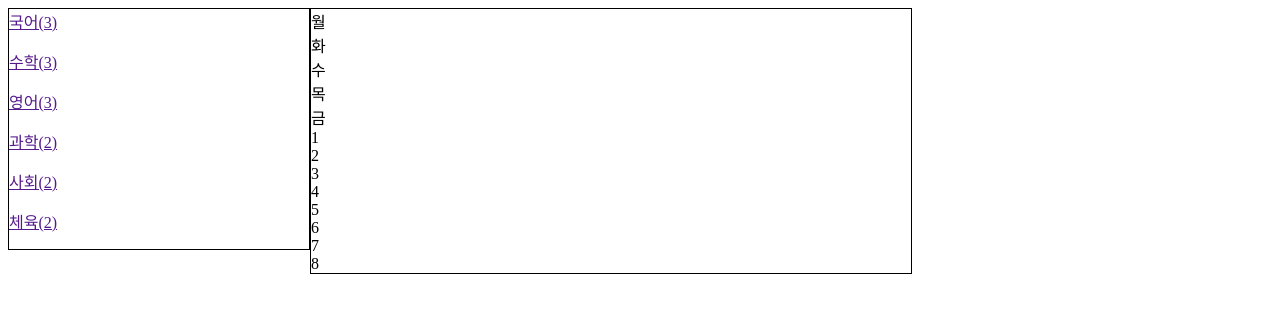
Repository: sh91c/jsp
Page: http://localhost/200701_SCORES/dragndrop/dragndrap_time.jsp
These files come from the project's save history. The page is drawn as it stood at one moment and after the next save; the edit follows.
The browser window is 1280 px wide. The pictures show the whole page.
Some web libraries are served in a nearby version. The page is served by Tomcat 9. Other server files are loaded and not shown.

Above is the page before, as saved 2020-07-10 06:25:45.

### 200701_SCORES/WebContent/dragndrop/dragndrap_time.jsp
<%@ page language="java" contentType="text/html; charset=UTF-8"
    pageEncoding="UTF-8"%>
<!DOCTYPE html>
<html>
<head>
<meta charset="UTF-8">
<title>Insert title here</title>
<style>
	#wrap{ clear: both; }
	.subrow{ float: left; width: 300px; heigth: 500px; border: 1px solid black; }
	.timerow{ float: left; width: 600px; heigth: 500px; border: 1px solid black; }
	.sub{ display: block; width: 200px; height: 40px; }
</style>
<script src="https://code.jquery.com/jquery-1.12.4.js"></script>
<script src="https://code.jquery.com/ui/1.12.1/jquery-ui.js"></script>
</head>
<body>
	<div id="wrap">
		<div id="subjects" class="subrow">
			<a href="" class="sub">국어(3)</a>
			<a href="" class="sub">수학(3)</a>
			<a href="" class="sub">영어(3)</a>
			<a href="" class="sub">과학(2)</a>
			<a href="" class="sub">사회(2)</a>
			<a href="" class="sub">체육(2)</a>
		</div>
		<div id="time" class="timerow">
			<div class="row">
				<div class="col"></div>
				<div class="col">월</div>
				<div class="col">화</div>
				<div class="col">수</div>
				<div class="col">목</div>
				<div class="col">금</div>
			</div>
			<div class="row">
				<div class="col">1</div>
				<div class="col"></div>
				<div class="col"></div>
				<div class="col"></div>
				<div class="col"></div>
				<div class="col"></div>
			</div>
			<div>
				<div class="col">2</div>
				<div class="col"></div>
				<div class="col"></div>
				<div class="col"></div>
				<div class="col"></div>
				<div class="col"></div>
			</div>
			<div>
				<div class="col">3</div>
				<div class="col"></div>
				<div class="col"></div>
				<div class="col"></div>
				<div class="col"></div>
				<div class="col"></div>
			</div>
			<div>
				<div class="col">4</div>
				<div class="col"></div>
				<div class="col"></div>
				<div class="col"></div>
				<div class="col"></div>
				<div class="col"></div>
			</div>
			<div class="row">
				<div class="col">5</div>
				<div class="col"></div>
				<div class="col"></div>
				<div class="col"></div>
				<div class="col"></div>
				<div class="col"></div>
			</div>
			<div class="row">
				<div class="col">6</div>
				<div class="col"></div>
				<div class="col"></div>
				<div class="col"></div>
				<div class="col"></div>
				<div class="col"></div>
			</div>
			<div class="row">
				<div class="col">7</div>
				<div class="col"></div>
				<div class="col"></div>
				<div class="col"></div>
				<div class="col"></div>
				<div class="col"></div>
			</div>
			<div class="row">
				<div class="col">8</div>
				<div class="col"></div>
				<div class="col"></div>
				<div class="col"></div>
				<div class="col"></div>
				<div class="col"></div>
			</div>
		</div>
	</div>
</body>
</html>

After the next save:
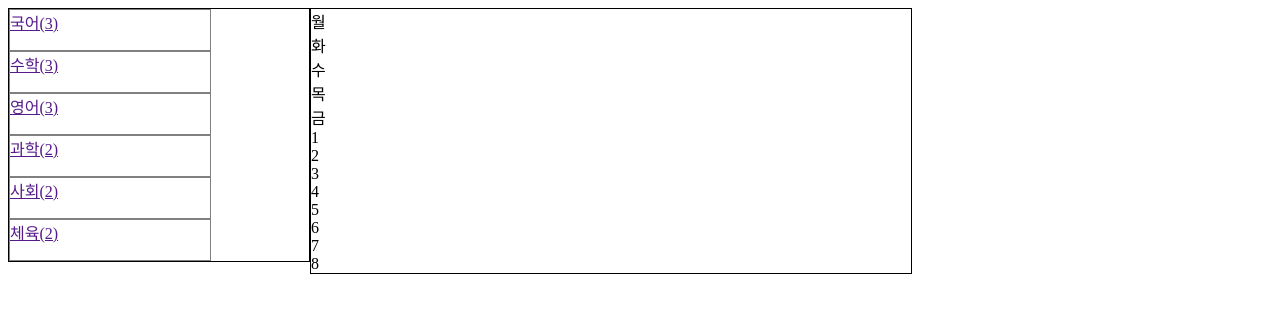
Saved 28 s later.
--- a/200701_SCORES/WebContent/dragndrop/dragndrap_time.jsp
+++ b/200701_SCORES/WebContent/dragndrop/dragndrap_time.jsp
@@ -9,7 +9,7 @@
 	#wrap{ clear: both; }
 	.subrow{ float: left; width: 300px; heigth: 500px; border: 1px solid black; }
 	.timerow{ float: left; width: 600px; heigth: 500px; border: 1px solid black; }
-	.sub{ display: block; width: 200px; height: 40px; }
+	.sub{ display: block; width: 200px; height: 40px; border:1px solid gray;}
 </style>
 <script src="https://code.jquery.com/jquery-1.12.4.js"></script>
 <script src="https://code.jquery.com/ui/1.12.1/jquery-ui.js"></script>
